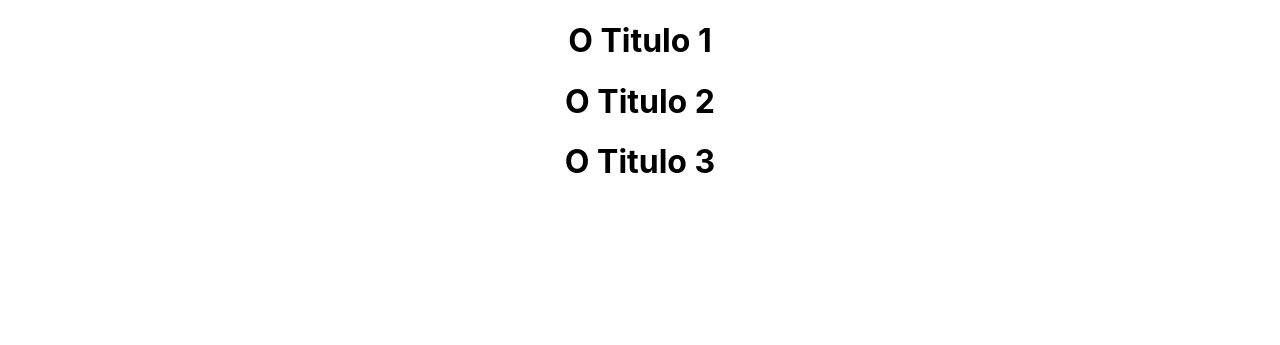
Repository: RobertoBaiochi/project-1
Page: /
The author's editor kept a copy of each file at every save. The page is drawn from the files as they stood at one save, then again after a run of saves.
The browser window is 1280 px wide. The pictures show the whole page.
The project was rebuilt for these pictures with package versions that can differ from the ones it lists, and the page was loaded fresh each time. Imported but missing from the stored project, and not drawn on this page: src/reportWebVitals.

Above is the page before, as saved 2022-11-15 22:49:55.

After the next 3 saves:
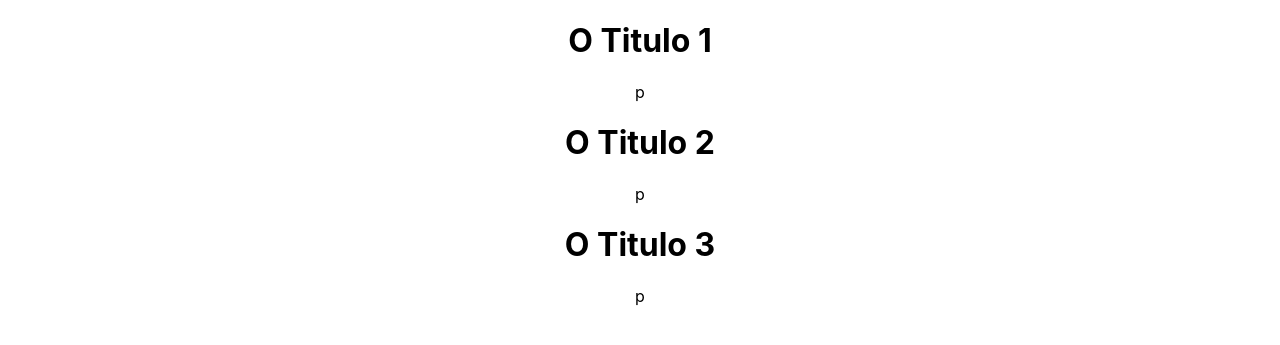
The 3 saves are shown as one change because they came seconds apart.
The last was saved 51 s later.
--- a/src/App.js
+++ b/src/App.js
@@ -30,6 +30,7 @@ class App extends Component {
           return (
             <div key={post.id} className="post">
                <h1>{post.title}</h1>
+               p
             </div>
         )}
       )}
